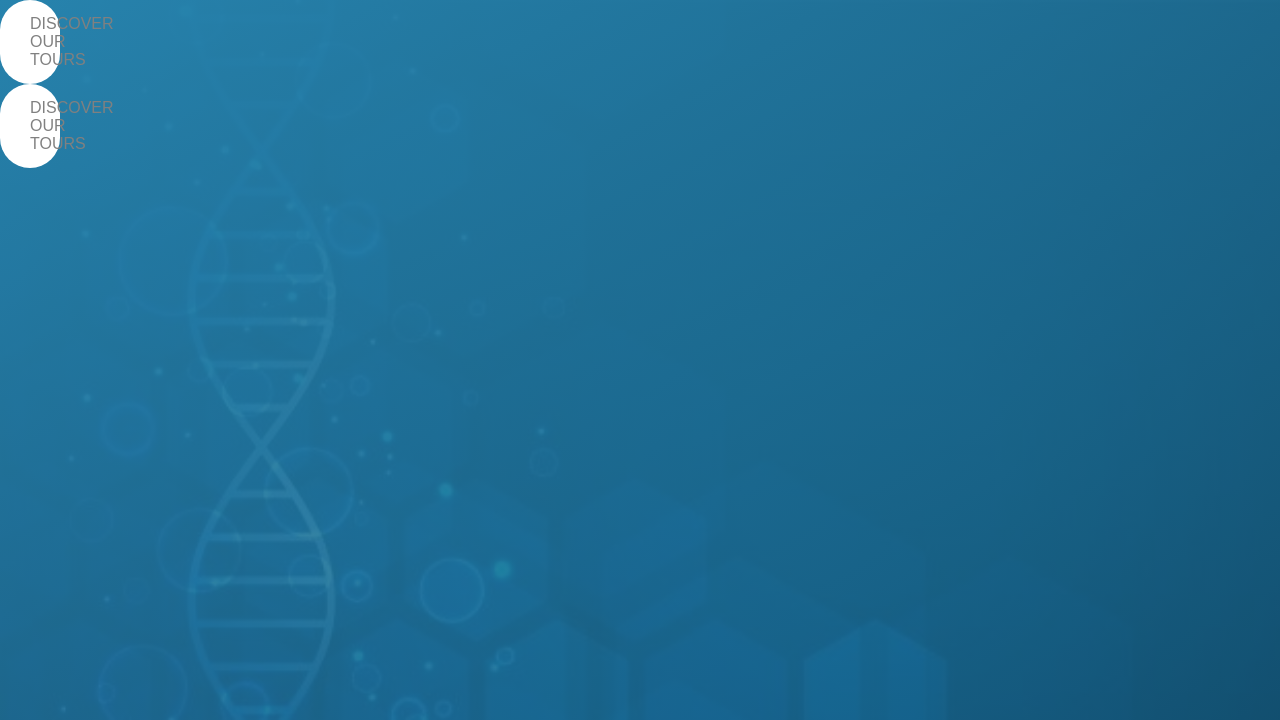
Repository: ajayaj2001/healthcare-digitization
Page: /
An editor plug-in stored every save of this project. The page is shown before and after the next save, followed by the edit.
The browser window is 1280 px wide. The pictures show the whole page.
The project was rebuilt for these pictures with package versions that can differ from the ones it lists, and the page was loaded fresh each time.

Above is the page before, as saved 2021-03-12 18:34:41.

### public/index.html
<!DOCTYPE html>
<html lang="en">

<head>
  <meta charset="utf-8" />
  <meta name="viewport" content="width=device-width, initial-scale=1" />
  <meta name="theme-color" content="#000000" />
  <meta name="description" content="Web site created using create-react-app" />
  <link rel="stylesheet" href="https://fonts.googleapis.com/css?family=Roboto:300,400,500,700&display=swap" />
  <link rel="stylesheet" href="https://fonts.googleapis.com/icon?family=Material+Icons" />

  <!--
      manifest.json provides metadata used when your web app is installed on a
      user's mobile device or desktop. See https://developers.google.com/web/fundamentals/web-app-manifest/
    -->
  <!-- <link rel="manifest" href="%PUBLIC_URL%/manifest.json" /> -->
  <!--
      Notice the use of %PUBLIC_URL% in the tags above.
      It will be replaced with the URL of the `public` folder during the build.
      Only files inside the `public` folder can be referenced from the HTML.

      Unlike "/favicon.ico" or "favicon.ico", "%PUBLIC_URL%/favicon.ico" will
      work correctly both with client-side routing and a non-root public URL.
      Learn how to configure a non-root public URL by running `npm run build`.
    -->
  <title>medical</title>
</head>

<body>
  <noscript>You need to enable JavaScript to run this app.</noscript>
  <div id="root"></div>
  <!--
      This HTML file is a template.
      If you open it directly in the browser, you will see an empty page.

      You can add webfonts, meta tags, or analytics to this file.
      The build step will place the bundled scripts into the <body> tag.

      To begin the development, run `npm start` or `yarn start`.
      To create a production bundle, use `npm run build` or `yarn build`.
    -->
</body>

</html>

### src/index.js
import React from 'react';
import ReactDOM from 'react-dom';
import './index.scss';
import App from './component/app/App';

ReactDOM.render(
  <React.StrictMode>
    <App />
  </React.StrictMode>,
  document.getElementById('root')
);

### src/index.scss
code {
  font-family: source-code-pro, Menlo, Monaco, Consolas, "Courier New", monospace;
}
@mixin respond($breakpoint) {
  @if $breakpoint == phone {
    @media (max-width: 37.5em) {
      @content;
    }
  }

  @if $breakpoint == tab-land {
    @media (max-width: 75em) {
      @content;
    }
  }
  @if $breakpoint == tab-port {
    @media (max-width: 56.25em) {
      @content;
    }
  }
  @if $breakpoint == big-desktop {
    @media (min-width: 112.5em) {
      @content;
    }
  }
}

*,
*::after,
*::before {
  margin: 0;
  padding: 0;
  box-sizing: inherit;
}
body {
  font-family: "Lato", sans-serif;
  font-weight: 400;
  font-size: 16px;
  line-height: 1.7;
  color: #777;
  //padding: 30px;
  box-sizing: border-box;
  @include respond(tab-port) {
    padding: 0;
  }
}

html {
  font-size: 62.5%; //1rem=10px 10px/16px=62.5%
  @include respond(tab-land) {
    //width <1200
    font-size: 56.25%; //1rem=9px
  }
  @include respond(tab-port) {
    //<width <900
    font-size: 50%; //1rem=8px
  }
  // @include respond(phone) {
  //     //<width<600
  //     font-size: 40%; //1rem=4.8px
  // }
  @include respond(big-desktop) {
    //>1200
    font-size: 75%; //1rem=12
  }
}

### src/component/app/App.js
import './App.scss';

import UserType from "../userType/UserType";

function App() {
  return (
    <div className="App">
      <UserType />
    </div>
  );
}

export default App;

### src/component/userType/UserType.js
import React from 'react'
import './UserType.scss'

const UserType = () => {
    return (
        <div className="userType">
<div className="userType-buttons">
            <button className="btn btn--white btn--animation" >Discover Our Tours</button>
            <button className="btn btn--white btn--animation" >Discover Our Tours</button>
            </div>
        </div>
    )
}

export default UserType

### src/component/userType/UserType.scss
.userType {
    height: 100vh;
    background-image: linear-gradient(to right bottom, #2783ad, rgba(23, 91, 122, 0.774)), url(../../img/img-1.jpg);
    background-size: cover;
    background-position: top;
    position: relative;
}

.btn {
    &,
    &:link,
    &:visited {
        text-decoration: none;
        padding: 1.5rem 3rem;
        text-transform: uppercase;
        display: inline-block;
        border-radius: 10rem;
        transition: all 0.2s;
        position: relative;
        font-size: 1.6rem;
width: 2rem;
        //for button element

        border: none;
        cursor: pointer;
    }
    &:hover {
        transform: translateY(-0.3rem);
        box-shadow: 0 1rem 2rem rgba(0, 0, 0, 0.3);
        &::after {
            transform: scalex(1.4) scaleY(1.6);
            opacity: 0;
        }
    }
    &:active,
    &:focus {
        outline: none;
        transform: translateY(-0.1rem);
        box-shadow: 0 0.5rem 1rem rgba(0, 0, 0, 0.2);
    }
    &--white {
        background-color: #fff;
        color: grey;
        &::after {
            background-color: #fff;
        }
    }
    // &--green {
    //     background-color: rgba(40, 180, 131, 0.8);
    //     color: white;
    //     &::after {
    //         background-color: rgba(40, 180, 131, 0.8);
    //     }
    // }
    &::after {
        content: "";
        display: inline-block;
        border-radius: 10rem;
        transition: all 0.4s;
        height: 100%;
        width: 100%;
        top: 0;
        left: 0;
        position: absolute;
        z-index: -1;
    }
    &--animation {
        animation: moveInBottom 0.5s ease-out 0.75 backwards;
    }
}

.userType-buttons{
    display: flex;
    flex-direction: column;
}

Loaded but not shown: src/component/app/App.scss (no stored copy; drawn as an empty file)

After the next save:
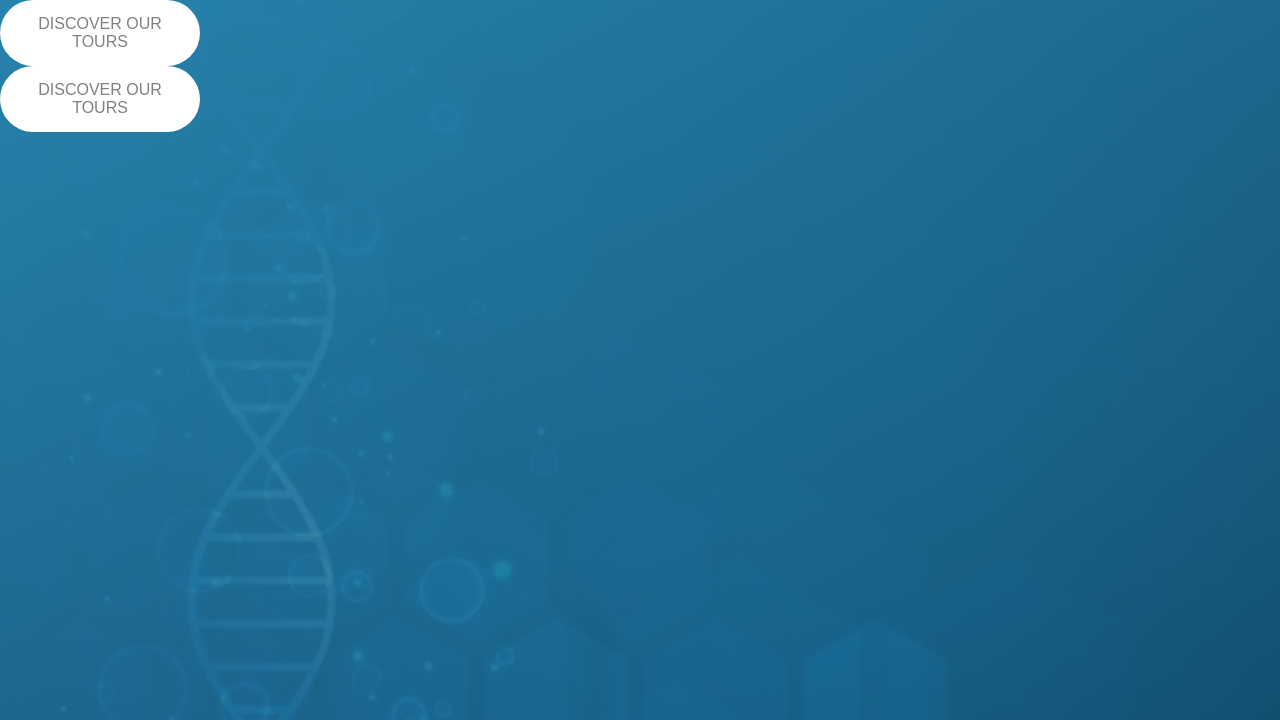
Saved 6 s later.
--- a/src/component/userType/UserType.scss
+++ b/src/component/userType/UserType.scss
@@ -18,7 +18,7 @@
         transition: all 0.2s;
         position: relative;
         font-size: 1.6rem;
-width: 2rem;
+width: 20rem;
         //for button element
 
         border: none;
